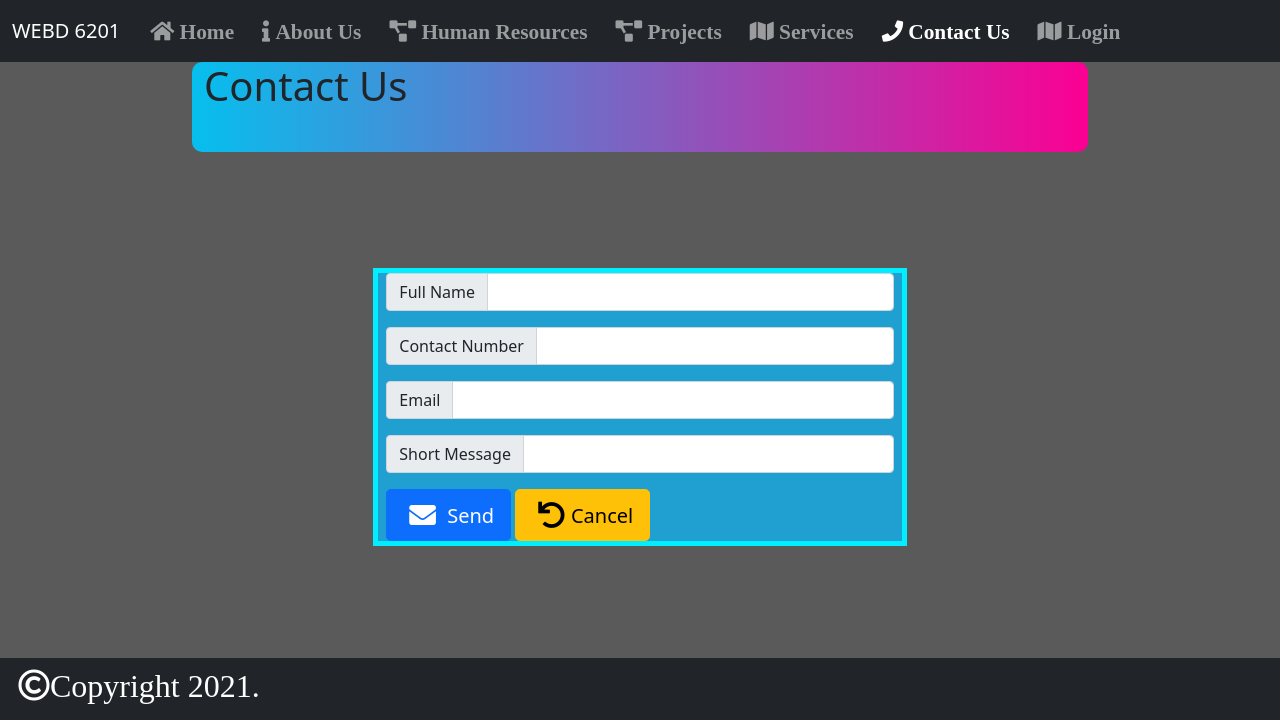
Repository: vans12345678/WEBD6201-W2021-Lab2
Page: contact.html
The author's editor kept a copy of each file at every save. The page is drawn from the files as they stood at one save, then again after the next save.
The browser window is 1280 px wide. The pictures show the whole page.

Above is the page before, as saved 2021-02-25 20:32:39.

After the next save:
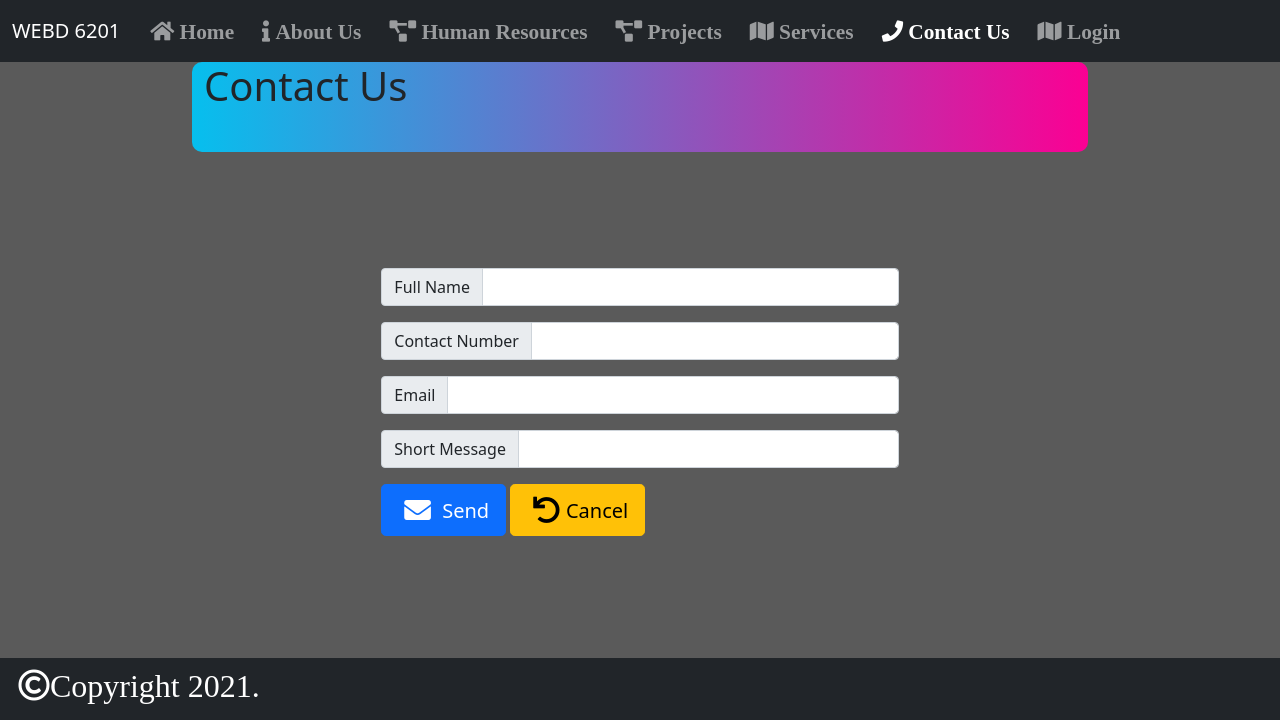
Saved 1 s later.
--- a/contact.html
+++ b/contact.html
@@ -54,7 +54,7 @@ Date: 02/05/2021
     <main>
         <h1 class = "container">Contact Us</h1>
         <div class = "row justify-content-lg-center g-3 contact-form ">
-          <form id = "contactForm" class = "col-col-lg-6 col-md-5 col-sm-10 fromBackground">
+          <form id = "contactForm" class = "col-col-lg-6 col-md-5 col-sm-10 formBackground">
             <div class="warnMessage alert" id="messageArea"></div>
             <div class="input-group mb-3">
               <span class="input-group-text" id="inputGroup-sizing-default">Full Name</span>

After the save that followed:
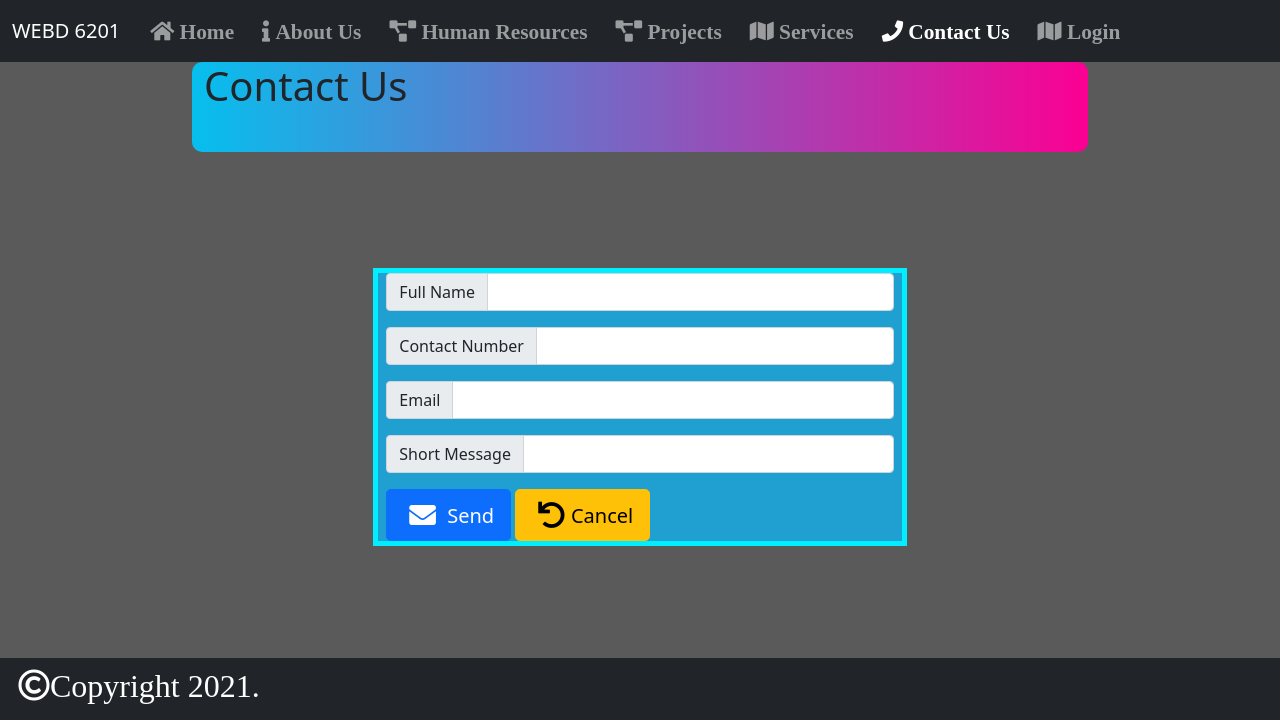
Saved 1 s later.
--- a/Content/app.css
+++ b/Content/app.css
@@ -53,7 +53,7 @@
   {
     margin: 5px 10px;
   }
-  .fromBackground
+  .formBackground
   {
     background-color: rgba(20, 174, 235, 0.822);
     border: 5px solid rgb(0, 238, 255);
